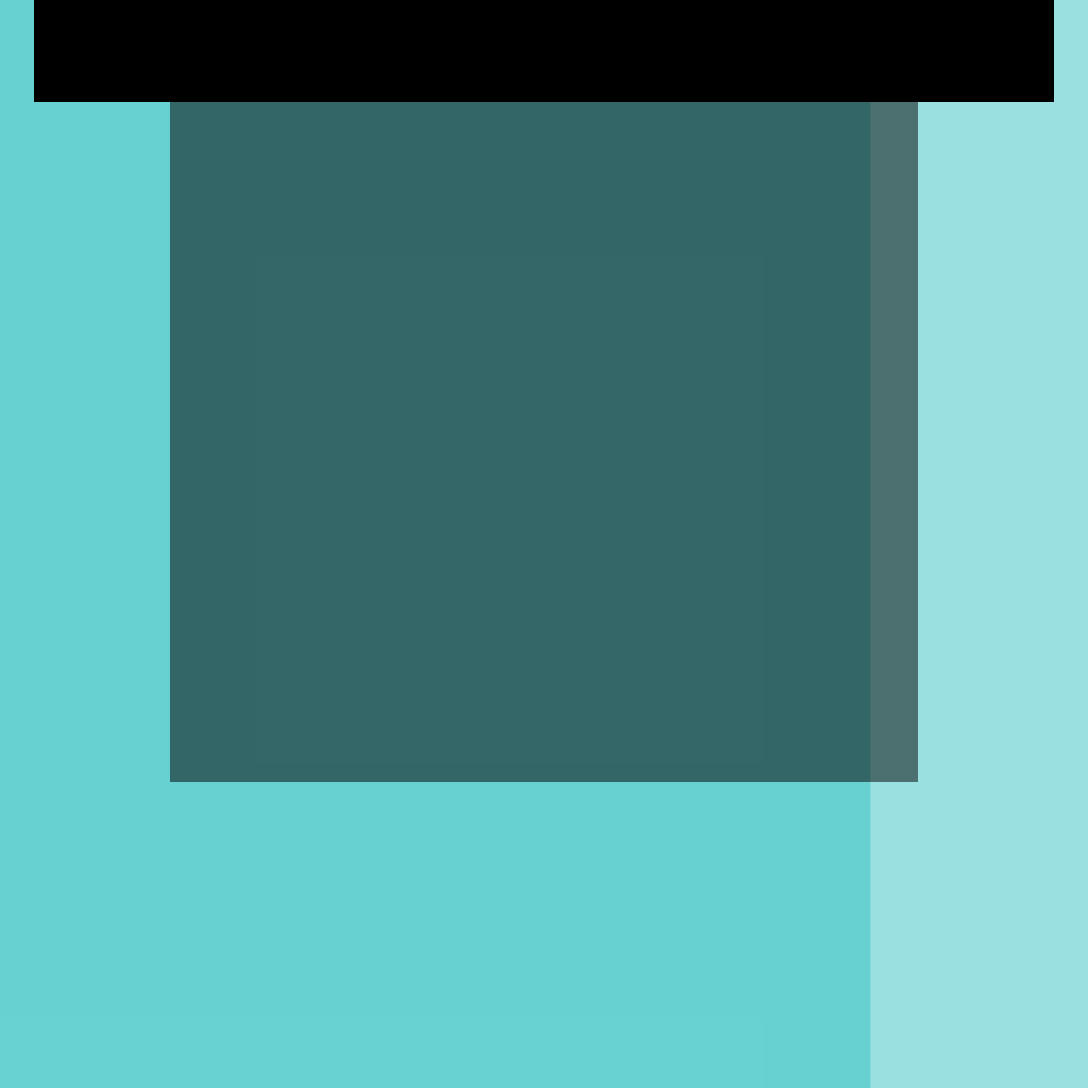
Repository: alex-1263/cs
Page: html学习/作业/世界杯/html/wyzq.html
The author's editor kept a copy of each file at every save. The page is drawn from the files as they stood at one save, then again after the next save.
The browser window is 1280 px wide. The page is 1600 px wide, so the pictures cover 1600 px, including what lies to the right of the window. The pictures show the whole page, at 68% of full size.

Above is the page before, as saved 2022-12-20 20:15:24.

### html学习/作业/世界杯/html/wyzq.html
<!DOCTYPE html>
<html>

<head>
    <meta charset="UTF-8">
    <meta http-equiv="X-UA-Compatible" content="IE=edge">
    <meta name="viewport" content="width=device-width, initial-scale=1.0">
    <link rel="stylesheet" href="../css/wyzq.css">
    <title>我与足球</title>
</head>

<body>
    <div class="box">
        <div class="banner">

        </div>
        <div class="main">

        </div>
    </div>
</body>

</html>

### html学习/作业/世界杯/css/wyzq.css
* {
    margin:0  auto;
    padding:0;
    background-color: rgba(55, 194, 194, 0.5);
}

.box{
    height: 1600px;
    width:1600px;
    margin: 0 auto;
    background-color: rgba(0, 0, 0, 0);
}
.banner{
    background-color: rgba(0, 0, 0, 1);
    height: 150px;
    width:1500px
}

.main{
    margin: auto;
    width: 1100px;
    height:1000px;
    background-color: rgba(0, 0, 0, 0.5);
}

After the next save:
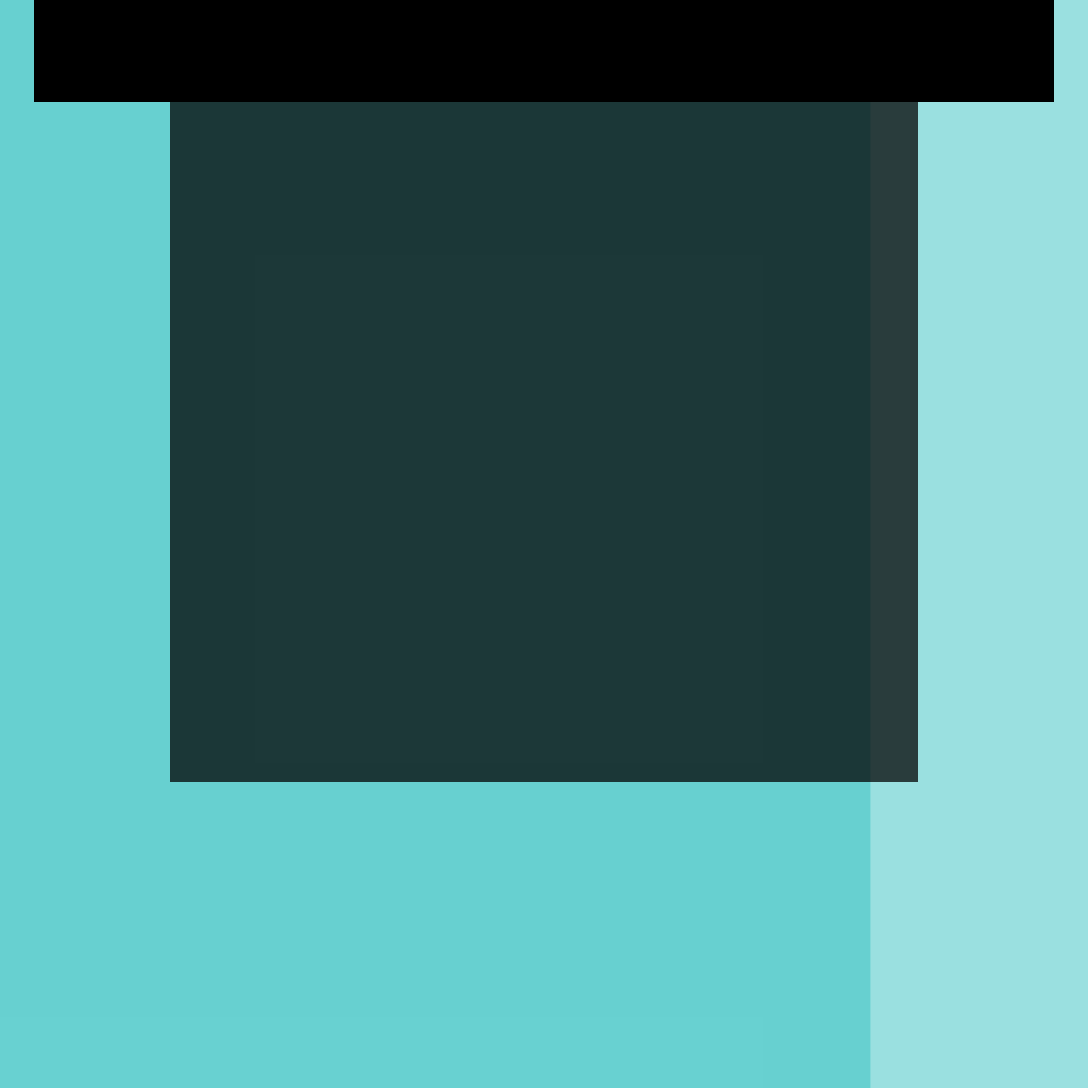
Saved 15 s later.
--- a/html学习/作业/世界杯/css/wyzq.css
+++ b/html学习/作业/世界杯/css/wyzq.css
@@ -20,5 +20,5 @@
     margin: auto;
     width: 1100px;
     height:1000px;
-    background-color: rgba(0, 0, 0, 0.5);
+    background-color: rgba(0, 0, 0, 0.733);
 }

After the save that followed:
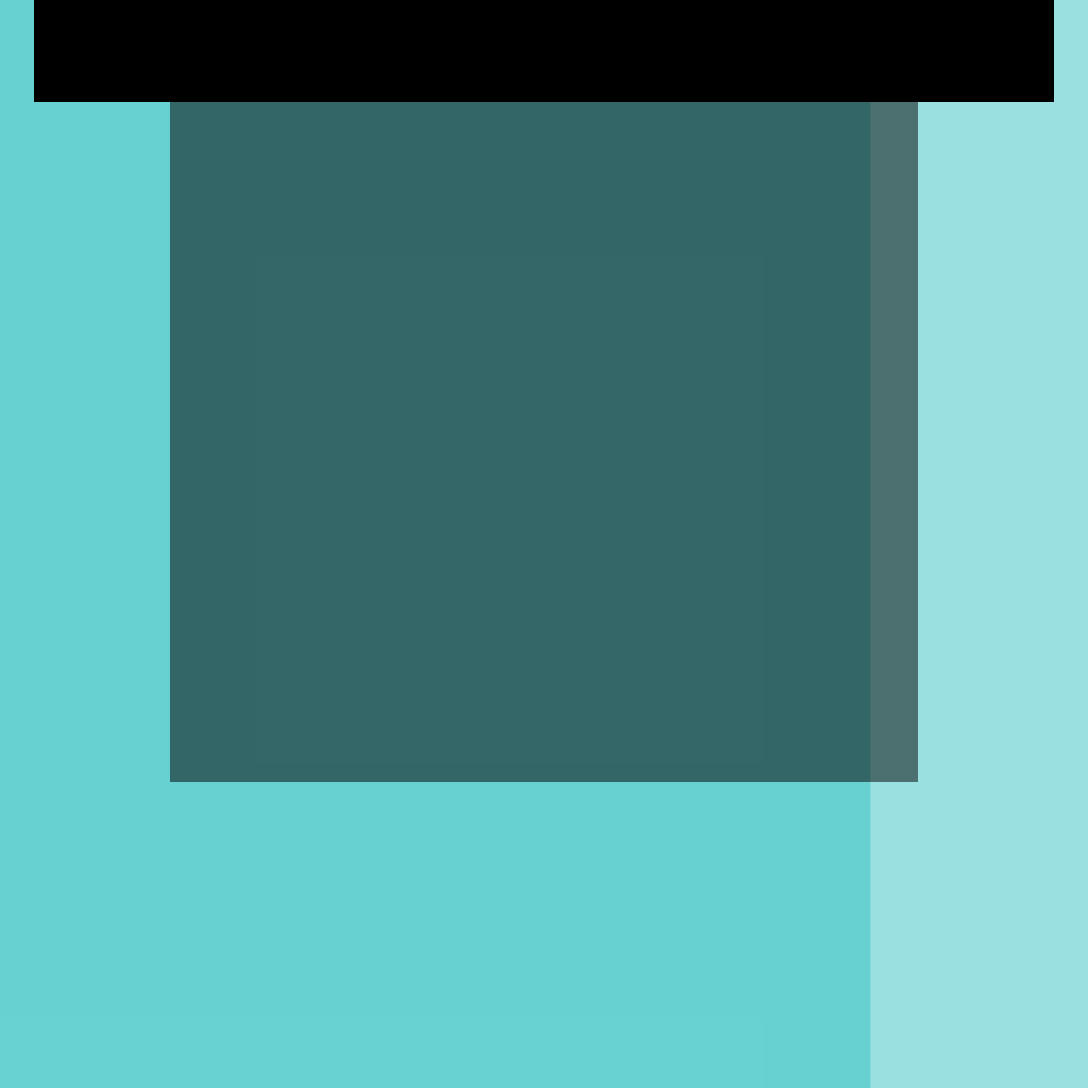
Saved 9 s later.
--- a/html学习/作业/世界杯/css/wyzq.css
+++ b/html学习/作业/世界杯/css/wyzq.css
@@ -20,5 +20,5 @@
     margin: auto;
     width: 1100px;
     height:1000px;
-    background-color: rgba(0, 0, 0, 0.733);
+    background-color: rgba(0, 0, 0, 0.5);
 }
